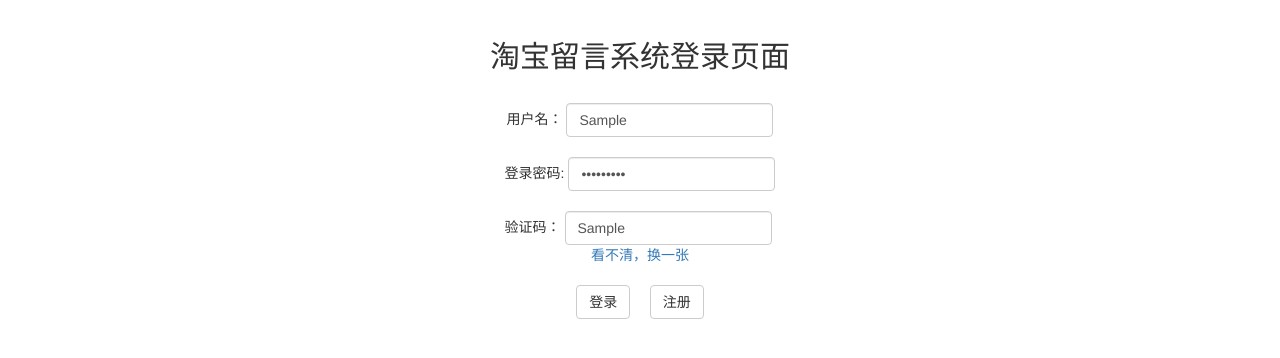
Repository: suxiaohutot/PHP
Page: http://localhost/dengluhtml.php
The author's editor kept a copy of each file at every save. The page is drawn from the files as they stood at one save, then again after the next save.
The browser window is 1280 px wide. The pictures show the whole page.
Empty fields were first filled with sample values (such as "Sample", 5 or name@example.com).
After loading, the first visible `#change` was clicked once.
The page is run by PHP 8.4 with error messages shown; the project is at /var/www/html/.

Above is the page before, as saved 2019-11-05 07:09:27.

### test/dengluhtml.php
<html>
<head>
<meta charset="utf-8"/>
<link href="css/bootstrap.min.css" rel="stylesheet" />
	<style type="text/css">
	body{ text-align:center}
	</style>
</head>
<body>
<br>
	<form action="denglu.php" method="post" class="container">
	<div ><h2>淘宝留言系统登录页面</h2></div>
	<br>
		<div class="form-inline">
			<div class="form-group">
			用户名：
            <input type="text" name="username" class="form-control"><br><br>
        	登录密码:
            <input type="password" name="password" size="20" maxlength="15" class="form-control"><br><br>
    		验证码：
			<input type="text" name="captcha"  class="form-control"/>
			<img src="./test4/code.php" alt="" id="code_img" />  <br>
			<a href="#" id="change">看不清，换一张</a>

			<br><br>
            <input type="submit" value="登录" class="btn btn-default">
            &nbsp;&nbsp;&nbsp;
            <a href="zhuce.php">
            	<input type="button" value="注册" class="btn btn-default">
            </a>
			</div>
		</div>
    </form>
<script>
	var change = document.getElementById("change");
	var img = document.getElementById("code_img");
	change.onclick = function(){
		img.src = "code.php?t="+Math.random(); //增加一个随机参数，防止图片缓存
		return false; //阻止超链接的跳转动作
	}
</script>
</body>
</html>

### test/test4/code.php
<?php

$img_w=70;		//初始化验证码图片的宽
$img_h=22;		//初始化验证码图片的高
$char_len = 5;	//初始化码值的长度
$font=5;		//初始化验证码字体大小

//生成码值数组,不需要0，避免与字母o冲突
$char = array_merge(range('A','Z'), range('a','z'),range(1, 9));

//随机获取$char_len个码值的键
$rand_keys = array_rand($char, $char_len);

//判断当码值长度为1时，将其放入数组中
if ($char_len == 1) {
	$rand_keys = array($rand_keys);
}

//打乱随机获取的码值键的数组
shuffle($rand_keys);

//根据键获取对应的码值，并拼接成字符串
$code = '';
foreach($rand_keys as $key) {
	$code .= $char[$key];
}

//将获取的码值字符串保存session中
session_start();
$_SESSION['captcha_code'] = $code;

//将码值写入到画布中并展示

//----1 生成画布

$img = imageCreateTrueColor($img_w, $img_h);
//设置背景
$bg_color = imageColorAllocate($img, 0xcc, 0xcc, 0xcc);
imageFill($img, 0, 0, $bg_color);
//干扰像素
for($i=0; $i<=300; ++$i) {
	$color = imageColorAllocate($img, mt_rand(0, 255), mt_rand(0, 255),mt_rand(0, 255));
	imageSetPixel($img, mt_rand(0, $img_w), mt_rand(0, $img_h), $color);
}

for($i=0; $i<=10; ++$i) {
	//设置直线颜色
	$color = imageColorAllocate($img, mt_rand(0, 255), mt_rand(0, 255),mt_rand(0, 255));
	//在$img图像上随机画一条直线
	imageline($img, mt_rand(0, $img_w), mt_rand(0, $img_h), mt_rand(0, $img_w), mt_rand(0, $img_h),$color);
}

//矩形边框
$rect_color = imageColorAllocate($img, 0x90, 0x90, 0x90);//白
imageRectangle($img, 0, 0, $img_w-1, $img_h-1, $rect_color);

//----2 操作画布

//设定字符串颜色
$str_color = imageColorAllocate($img, mt_rand(0, 100), mt_rand(0, 100),mt_rand(0, 100));
//设定字符串位置
$font_w = imageFontWidth($font);  //字体宽
$font_h = imageFontHeight($font); //字体高
$str_w = $font_w * $char_len;     //字符串宽
imageString($img, $font, ($img_w-$str_w)/2, ($img_h-$font_h)/2, $code, $str_color);

//----3 输出图片内容
header('Content-Type: image/png');
imagepng($img);

//----4 销毁画布
imagedestroy($img);

Loaded but not shown: test/css/bootstrap.min.css (library)

After the next save:
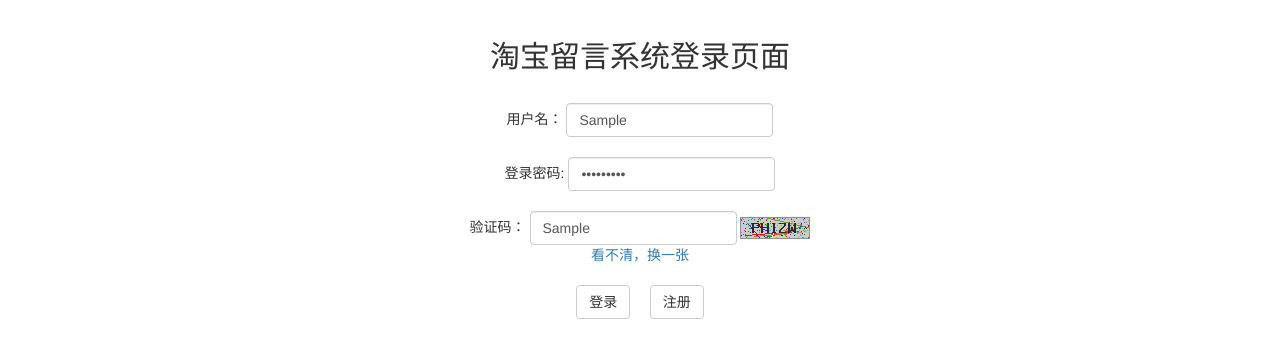
Saved 6 s later.
--- a/test/dengluhtml.php
+++ b/test/dengluhtml.php
@@ -35,7 +35,7 @@
 	var change = document.getElementById("change");
 	var img = document.getElementById("code_img");
 	change.onclick = function(){
-		img.src = "code.php?t="+Math.random(); //增加一个随机参数，防止图片缓存
+		img.src = "./test4/code.php?t="+Math.random(); //增加一个随机参数，防止图片缓存
 		return false; //阻止超链接的跳转动作
 	}
 </script>
